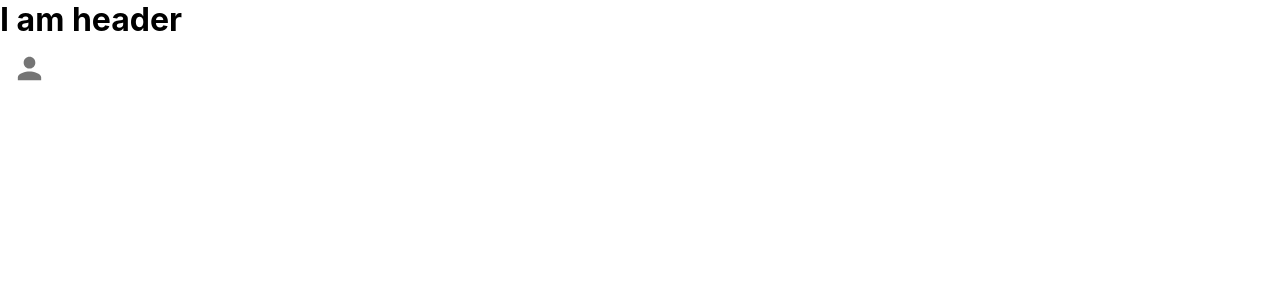
Repository: exiled-kal/TinderApp
Page: /
These files come from the project's save history. The page is drawn as it stood at one moment and after a run of saves; the edit follows.
The browser window is 1280 px wide. The pictures show the whole page.
The project was rebuilt for these pictures with package versions that can differ from the ones it lists, and the page was loaded fresh each time. Also part of the build but not shown: src/App.css, src/Header.css.

Above is the page before, as saved 2020-09-14 22:37:27.

### src/App.js
import React from 'react';
import './App.css';
import Header from './Header';

function App() {
  return (
    <div className="app">
      {/* Header */}
      <Header />
      {/* TinderCards */}
      {/* SwipeButtons */}
    </div>
  );
}

export default App;

### src/Header.js
import React from 'react';
import './Header.css';
import PersonIcon from '@material-ui/icons/Person';
import IconButton from '@material-ui/core/IconButton';

function Header() {
  return (
    <div className="header">
      <h1>I am header</h1>
      <IconButton>
        <PersonIcon fontSize="large" className="header__icon" />
      </IconButton>
      <img
          className="header__logo"
          src=""
      />
    </div>
  );
}

export default Header;

Loaded but not shown: public/index.html (common file); src/index.js (common file); src/index.css (common file); src/serviceWorker.js (common file)

After the next 2 saves:
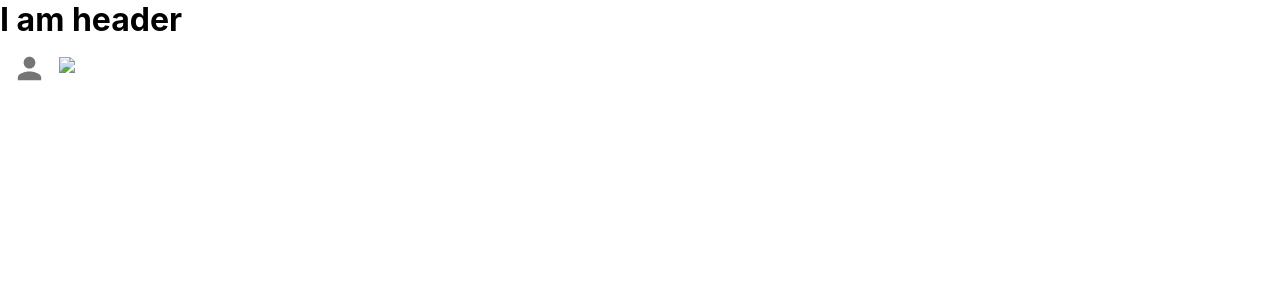
The 2 saves are shown as one change because they came seconds apart.
The last was saved 30 s later.
--- a/src/Header.js
+++ b/src/Header.js
@@ -12,7 +12,7 @@
       </IconButton>
       <img
           className="header__logo"
-          src=""
+          src="https://"
       />
     </div>
   );
